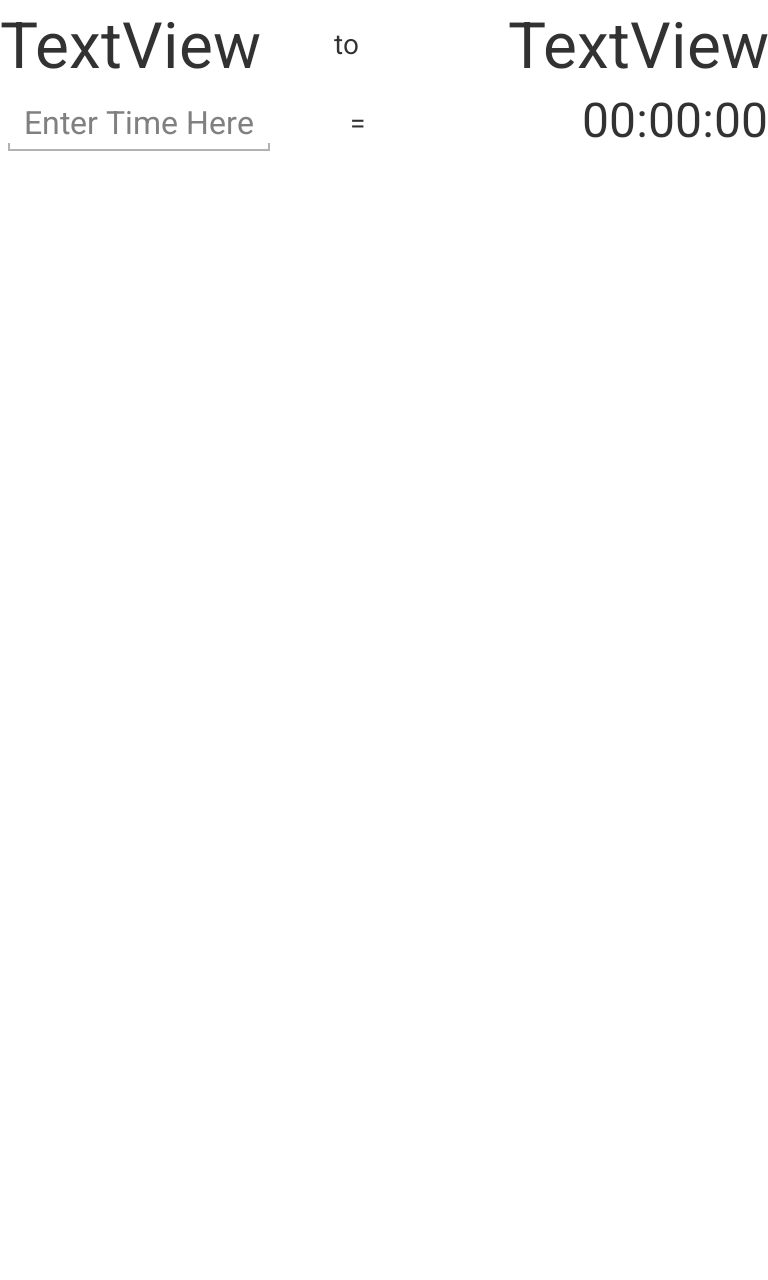
Repository: downinew/AndroidCoachesRaceTimer
Layout: CoachesRaceTimer/res/layout/convert_dialog.xml
These files come from the project's save history. The layout is drawn as it stood at one moment and after the next save; the edit follows.
It is drawn on a 768 x 1280 px phone screen (xhdpi) without system bars, with theme AppTheme; the app's code is not run.

Above is the layout before, as saved 2015-02-19 02:34:13.

After the next save:
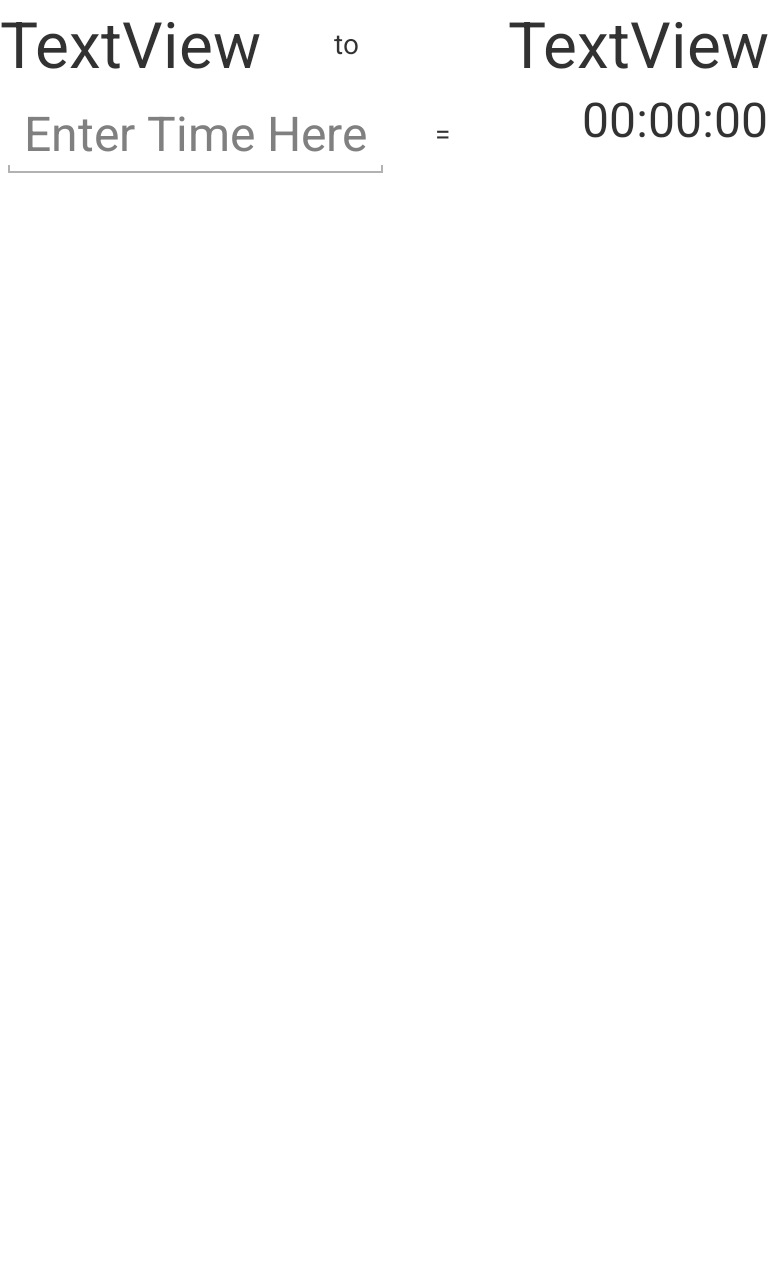
Saved 28 s later.
--- a/CoachesRaceTimer/res/layout/convert_dialog.xml
+++ b/CoachesRaceTimer/res/layout/convert_dialog.xml
@@ -48,7 +48,7 @@
             android:layout_height="wrap_content"
             android:layout_gravity="start"
             android:hint="Enter Time Here"
-            android:textSize="16sp" />
+            android:textSize="24sp" />
 
         <TextView
             android:id="@+id/equalText"
